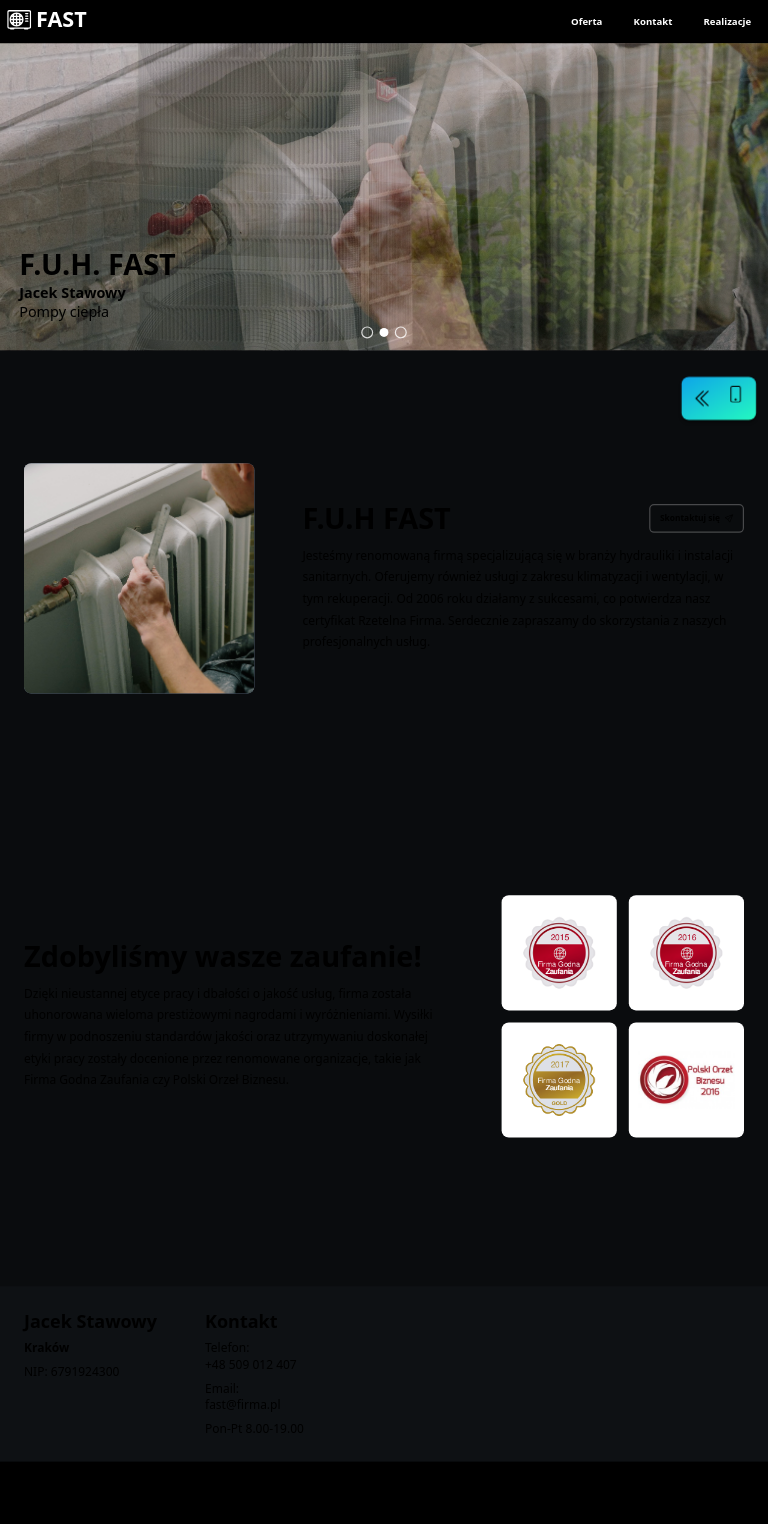
Repository: piotrokrutniak/Fast-CompanyWebsite
Page: /
The author's editor kept a copy of each file at every save. The page is drawn from the files as they stood at one save, then again after the next save.
The browser window is 1280 px wide. The pictures show the whole page, at 60% of full size.
The project was rebuilt for these pictures with package versions that can differ from the ones it lists, and the page was loaded fresh each time. The framework's server and built-in components were replaced by stand-ins that run in the browser. Also part of the build but not shown: next.config.js, src/app/components/common/carousel.js.

Above is the page before, as saved 2023-10-21 13:31:11.

After the next save:
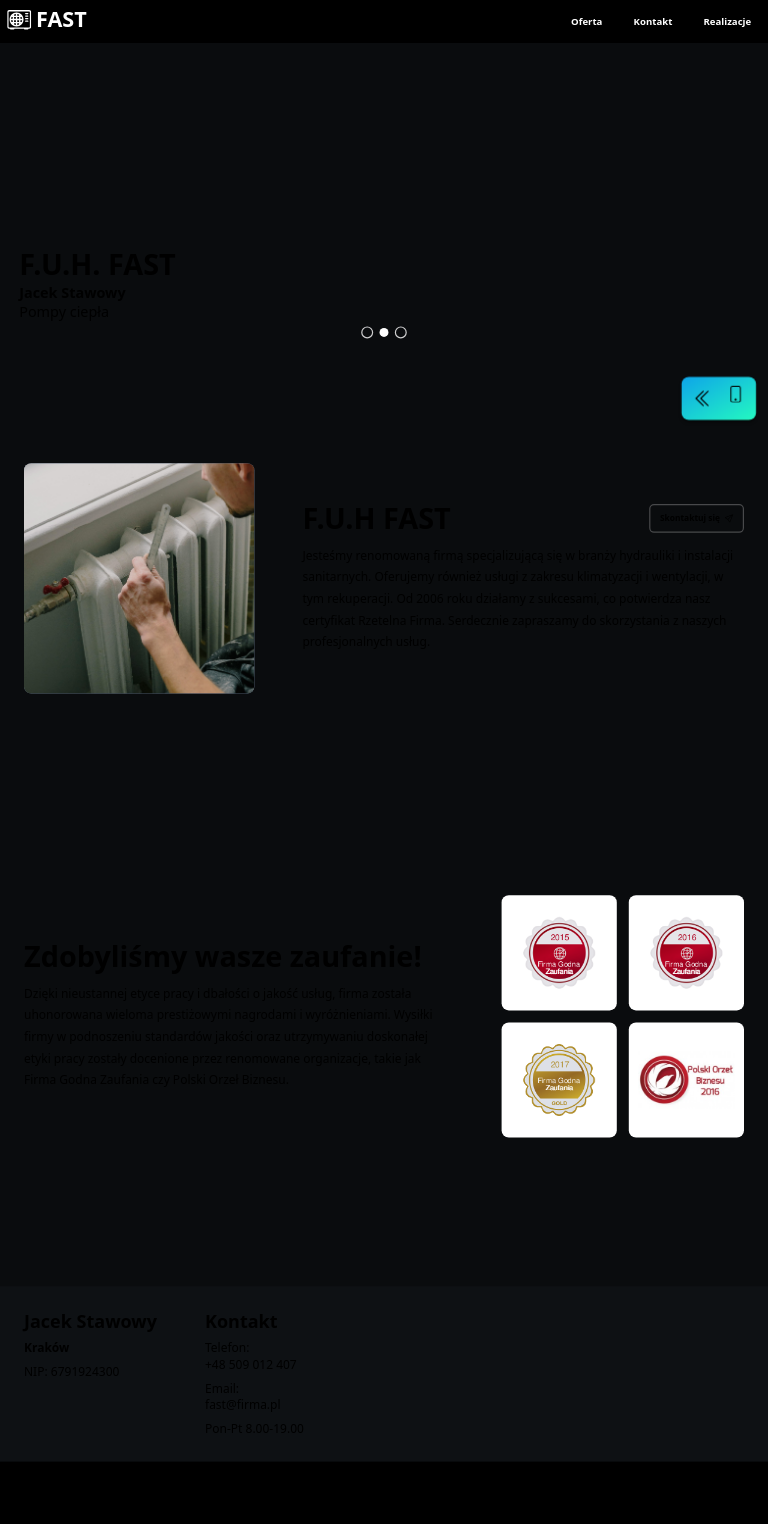
Saved 3 min 24 s later.
--- a/src/app/components/common/carouselSlider.js
+++ b/src/app/components/common/carouselSlider.js
@@ -92,7 +92,7 @@ export function CarouselSlider({slides}){
 function CarouselPanel({image, index}){
     console.log(index)
     return (
-        <div className={`w-full h-full absolute left-[${index * 100}%] `}>
+        <div className={`w-full h-full absolute left-[200%] `}>
             <Image src={image.img} alt={image.desc} layout='fill' objectFit='cover' className="h-full opacity-60"/>
         </div>
         )
